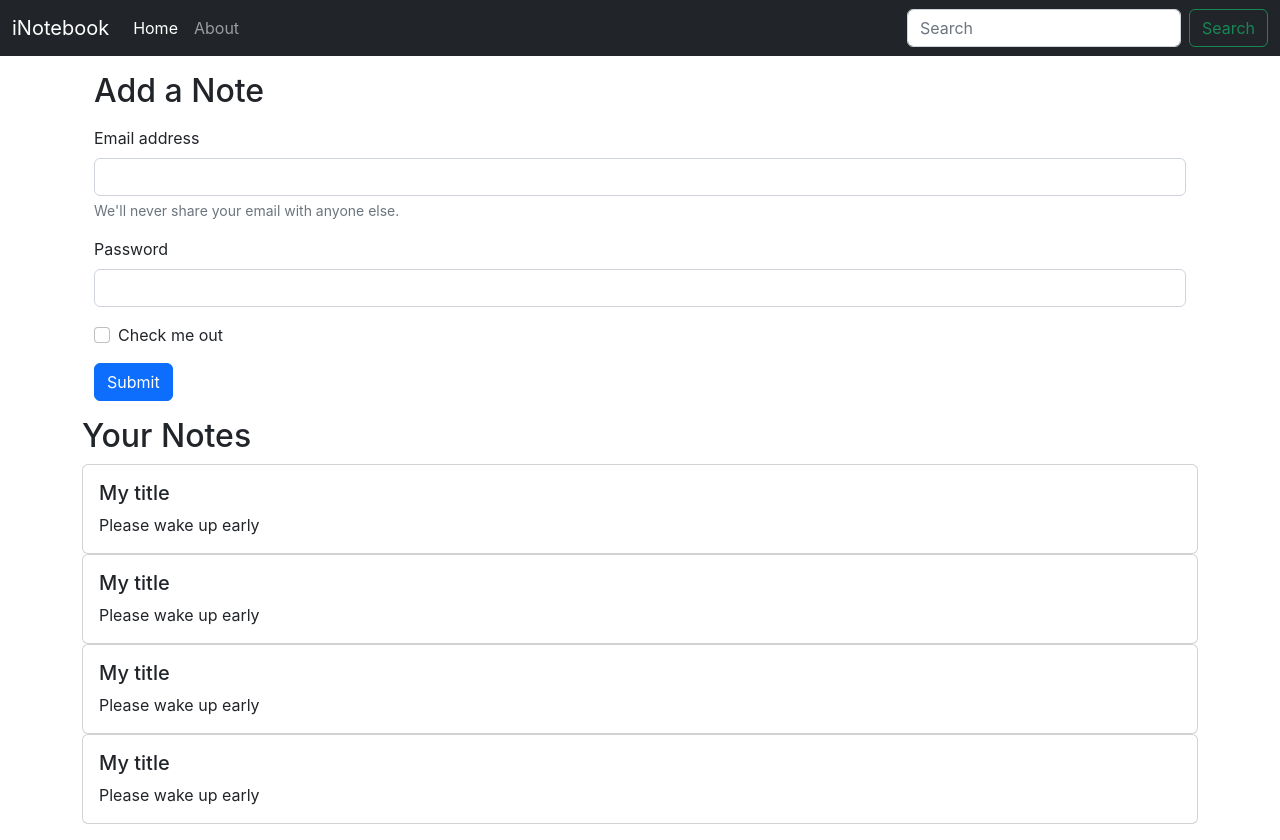
Repository: SatishPatil108/iNotebook-React
Page: /
The author's editor kept a copy of each file at every save. The page is drawn from the files as they stood at one save, then again after the next save.
The browser window is 1280 px wide. The pictures show the whole page.
The project was rebuilt for these pictures with package versions that can differ from the ones it lists, and the page was loaded fresh each time. Also part of the build but not shown: src/App.css, src/components/About.js.

Above is the page before, as saved 2022-07-24 18:13:30.

### public/index.html
<!DOCTYPE html>
<html lang="en">

<head>
  <meta charset="utf-8" />
  <link rel="icon" href="%PUBLIC_URL%/favicon.ico" />
  <meta name="viewport" content="width=device-width, initial-scale=1" />
  <meta name="theme-color" content="#000000" />
  <meta name="description" content="Web site created using create-react-app" />
  <link rel="apple-touch-icon" href="%PUBLIC_URL%/logo192.png" />

  <link rel="manifest" href="%PUBLIC_URL%/manifest.json" />
  <link href="https://cdn.jsdelivr.net/npm/bootstrap@5.2.0/dist/css/bootstrap.min.css" rel="stylesheet"
    integrity="sha384-gH2yIJqKdNHPEq0n4Mqa/HGKIhSkIHeL5AyhkYV8i59U5AR6csBvApHHNl/vI1Bx" crossorigin="anonymous">

  <title>iNotebook - Your Notes Secured in the Cloud</title>
</head>

<body>
  <noscript>You need to enable JavaScript to run this app.</noscript>
  <div id="root"></div>
  <script src="https://cdn.jsdelivr.net/npm/@popperjs/core@2.11.5/dist/umd/popper.min.js"
    integrity="sha384-Xe+8cL9oJa6tN/veChSP7q+mnSPaj5Bcu9mPX5F5xIGE0DVittaqT5lorf0EI7Vk"
    crossorigin="anonymous"></script>
  <script src="https://cdn.jsdelivr.net/npm/bootstrap@5.2.0/dist/js/bootstrap.min.js"
    integrity="sha384-ODmDIVzN+pFdexxHEHFBQH3/9/vQ9uori45z4JjnFsRydbmQbmL5t1tQ0culUzyK"
    crossorigin="anonymous"></script>

</body>

</html>

### src/App.js
import './App.css';
import {
  BrowserRouter as Router,
  Routes,
  Route
} from "react-router-dom";
import Navbar from './components/Navbar';
import Home from './components/Home';
import About from './components/About';
import NoteState from './context/notes/NoteState';

function App() {
  return (
    <>
      <NoteState>
        <Router>
          <Navbar />
          <div className="container">
            <Routes>
              <Route exact path="/" element={<Home />}></Route>
              <Route exact path="/about" element={<About />}></Route>
            </Routes>
          </div>
        </Router>
      </NoteState>
    </>
  );
}

export default App;

### src/components/Navbar.js
import React, { useEffect } from 'react'
import { Link, useLocation } from "react-router-dom";

const Navbar = () => {

    let location = useLocation();
    useEffect(() => {
        console.log(location.pathname);
    }, [location]);
    return (
        <div>
            <nav className="navbar navbar-expand-lg navbar-dark  bg-dark">
                <div className="container-fluid">
                    <Link className="navbar-brand" to="/">iNotebook</Link>
                    <button className="navbar-toggler" type="button" data-bs-toggle="collapse" data-bs-target="#navbarSupportedContent" aria-controls="navbarSupportedContent" aria-expanded="false" aria-label="Toggle navigation">
                        <span className="navbar-toggler-icon"></span>
                    </button>
                    <div className="collapse navbar-collapse" id="navbarSupportedContent">
                        <ul className="navbar-nav me-auto mb-2 mb-lg-0">
                            <li className="nav-item">
                                <Link className={`nav-link ${location.pathname === "/" ? "active" : ""}`} aria-current="page" to="/">Home</Link>
                            </li>
                            <li className="nav-item">
                                <Link className={`nav-link ${location.pathname === "/about" ? "active" : ""}`} to="/about">About</Link>
                            </li>
                        </ul>
                        <form className="d-flex" role="search">
                            <input className="form-control me-2" type="search" placeholder="Search" aria-label="Search" />
                            <button className="btn btn-outline-success" type="submit">Search</button>
                        </form>
                    </div>
                </div>
            </nav>
        </div>
    )
}

export default Navbar

### src/components/Home.js
import Notes from './Notes';

const Home = () => {

    return (
        <div>
            <div className="container my-3">
                <h2>Add a Note</h2>
                <form className='my-3'>
                    <div className="mb-3">
                        <label for="exampleInputEmail1" className="form-label">Email address</label>
                        <input type="email" className="form-control" id="exampleInputEmail1" aria-describedby="emailHelp" />
                        <div id="emailHelp" className="form-text">We'll never share your email with anyone else.</div>
                    </div>
                    <div className="mb-3">
                        <label for="exampleInputPassword1" className="form-label">Password</label>
                        <input type="password" className="form-control" id="exampleInputPassword1" />
                    </div>
                    <div className="mb-3 form-check">
                        <input type="checkbox" className="form-check-input" id="exampleCheck1" />
                        <label className="form-check-label" for="exampleCheck1">Check me out</label>
                    </div>
                    <button type="submit" className="btn btn-primary">Submit</button>
                </form>
            </div>
            <Notes />
        </div>
    )
}

export default Home

### src/context/notes/NoteState.js
import NoteContext from "./noteContext";
import { useState } from "react";
const NoteState = (props) => {
    const notesInitial = [
        {
            "_id": "62da4a93624101fbcba2f70b",
            "user": "62da3547e5c581994402a424",
            "title": "My title",
            "description": "Please wake up early",
            "tag": "Personal",
            "date": "2022-07-22T06:58:27.100Z",
            "__v": 0
        },
        {
            "_id": "62da4a93624101fbcba2f70d",
            "user": "62da3547e5c581994402a424",
            "title": "My title",
            "description": "Please wake up early",
            "tag": "Personal",
            "date": "2022-07-22T06:58:27.254Z",
            "__v": 0
        },
        {
            "_id": "62da4b55247e3f71d9903681",
            "user": "62da3547e5c581994402a424",
            "title": "My title",
            "description": "Please wake up early",
            "tag": "Personal",
            "date": "2022-07-22T07:01:41.403Z",
            "__v": 0
        },
        {
            "_id": "62da89d6007163cf4d1b5c32",
            "user": "62da3547e5c581994402a424",
            "title": "My title",
            "description": "Please wake up early",
            "tag": "Personal",
            "date": "2022-07-22T11:28:22.313Z",
            "__v": 0
        }
    ]

    const [notes, setNotes] = useState(notesInitial)

    return (
        <NoteContext.Provider value={{ notes, setNotes }}>
            {props.children}
        </NoteContext.Provider>
    )
}

export default NoteState;

### src/components/Notes.js
import React, { useContext } from 'react'
import noteContext from '../context/notes/noteContext';
import Noteitem from './Noteitem';

const Notes = () => {
    const context = useContext(noteContext);
    const { notes, setNotes } = context;
    return (
        <div className="row my-3">
            <h2>Your Notes</h2>
            {notes.map((note) => {
                return <Noteitem note={note} />
            })}
        </div>
    )
}

export default Notes

### src/components/Noteitem.js
import React from 'react'

const Noteitem = (props) => {
    const { note } = props;
    return (
        <div>
            <div class="card">
                <div class="card-body">
                    <h5 class="card-title">{note.title}</h5>
                    <p class="card-text">{note.description}</p>
                </div>
            </div>
        </div>
    )
}

export default Noteitem

Loaded but not shown: src/index.js (common file); src/index.css (common file); src/context/notes/noteContext.js (common file)

After the next save:
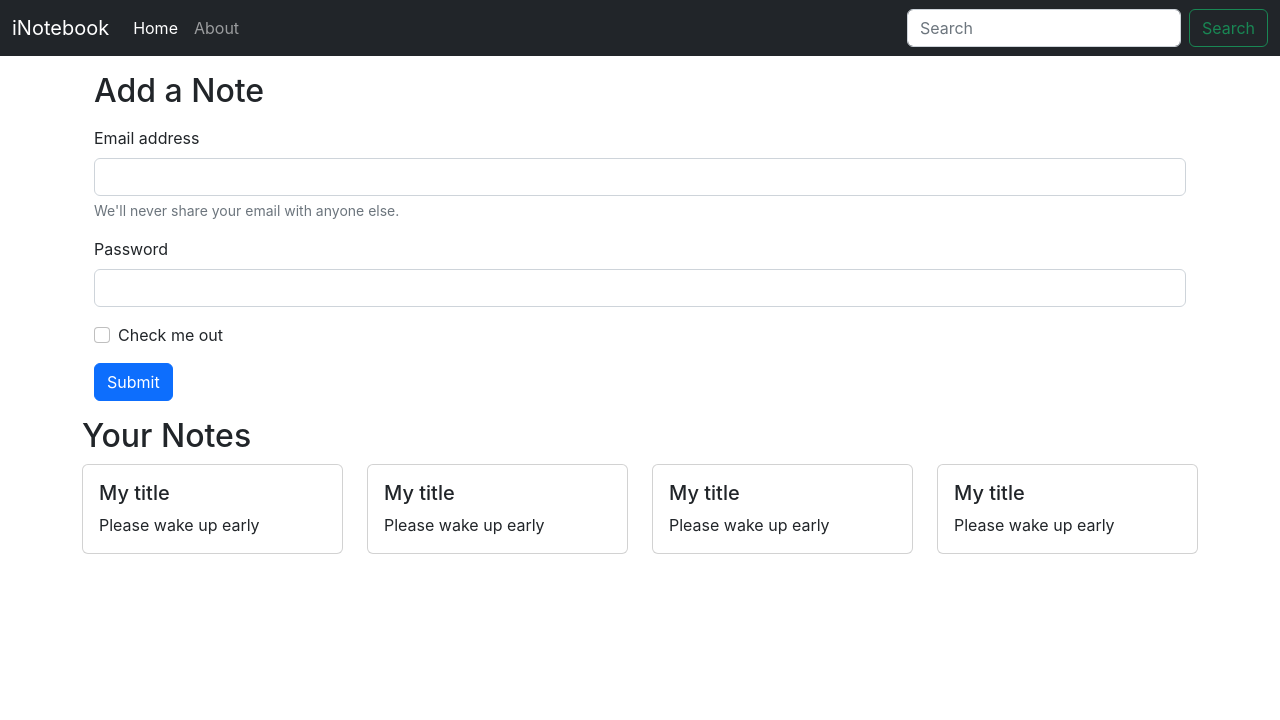
Saved 64 s later.
--- a/src/components/Noteitem.js
+++ b/src/components/Noteitem.js
@@ -3,7 +3,7 @@
 const Noteitem = (props) => {
     const { note } = props;
     return (
-        <div>
+        <div className='col md-3'>
             <div class="card">
                 <div class="card-body">
                     <h5 class="card-title">{note.title}</h5>
